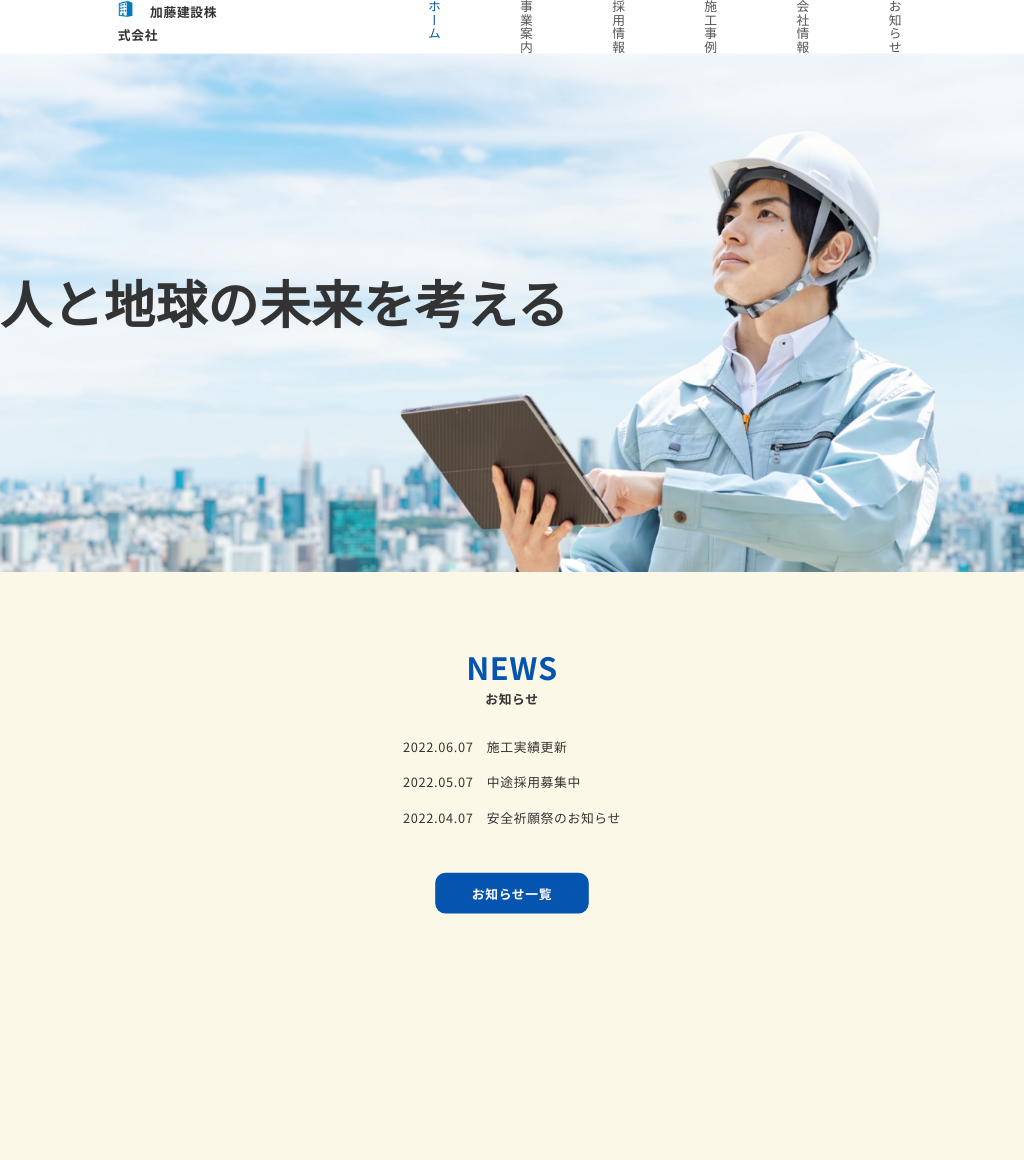
Repository: nozomi-23/hp1_test
Page: index.html
The author's editor kept a copy of each file at every save. The page is drawn from the files as they stood at one save, then again after a run of saves.
The browser window is 1280 px wide. The pictures show the whole page, at 80% of full size.

Above is the page before, as saved 2022-06-12 11:24:28.

### index.html
<!DOCTYPE html>
<html lang="ja">
<head>
<meta charset="UTF-8">
<title>加藤建設 株式会社</title>
<meta name="description" content="人と地球の未来を考える 加藤建設 株式会社">
<meta name="keywords" content="建築,土木,インフラ">
<meta name="viewport" content="width=device-width, initial-scale=1.0">
<meta property="og:title" content="建築依頼なら「加藤建設 株式会社」">
<meta property="og:type" content="article">
<meta property="og:url" content="https://withcode-plus.tech">
<meta property="og:image" content="img/logo.png">
<meta property="og:description" content="確かな技術力が自慢、インフラから地域貢献まで加藤建設にお任せ下さい">
<meta property="og:site_name" content="加藤建設 株式会社">
<link rel="icon" href="img/favicon.ico">
<link rel="apple-touch-icon" sizes="180x180" href="img/logo.png">
<link rel="preconnect" href="https://fonts.googleapis.com">
<link rel="preconnect" href="https://fonts.gstatic.com" crossorigin>
<link href="https://fonts.googleapis.com/css2?family=Noto+Sans+JP:wght@400;500;700&family=Noto+Serif+JP&display=swap"
  rel="stylesheet">
<link rel="stylesheet" type="text/css" href="css/reset.css">
<link rel="stylesheet" type="text/css" href="css/common1.css">
<link rel="stylesheet" type="text/css" href="css/index.css">
</head>
<body>
  <!-- =========header -->
  <header>
    <div class="header_wrapper">
      <div class="header_inner">
        <h1 class="header_left">加藤建設株式会社</h1>
        <nav class="header_right" >
          <ul class="header_list">
            <li><a href="#" class="color">ホーム</a></li>
            <li><a href="html/business.html">事業案内</a></li>
            <li><a href="html/recruit.html">採用情報</a></li>
            <li><a href="html/work.html">施工事例</a></li>
            <li><a href="html/company.html">会社情報</a></li>
            <li><a href="html/news.html">お知らせ</a></li>
          </ul>
        </nav>
      </div>
    </div>
  </header>
  <!-- =========main_view -->
  <main>
    <section class="main_wrapper">
      <div class="main_txt">
        <h3>人と地球の未来を考える</h3>
      </div>
    </section>
    <!-- =========news -->
    <section class="news section">
      <div class="news_wrapper">
        <h2 class="title">NEWS<br>
          <small>お知らせ</small></h2>
        <ul class="news_list">
          <li>2022.06.07&emsp;施工実績更新</li>
          <li>2022.05.07&emsp;中途採用募集中</li>
          <li>2022.04.07&emsp;安全祈願祭のお知らせ</li>
        </ul>
        <div class="btn">
          <a href="html/news.html">お知らせ一覧</a>
        </div>
      </div>
    </section>
    <!-- =========news -->
    <section class="business section">

    </section>
  </main>
</body>
</html>

### css/reset.css
@charset "UTF-8";

html,
body,
div,
span,
object,
iframe,
h1,
h2,
h3,
h4,
h5,
h6,
p,
blockquote,
pre,
abbr,
address,
cite,
code,
del,
dfn,
em,
img,
ins,
kbd,
q,
samp,
small,
strong,
sub,
sup,
var,
b,
i,
dl,
dt,
dd,
ol,
ul,
li,
fieldset,
form,
label,
legend,
table,
caption,
tbody,
tfoot,
thead,
tr,
th,
td,
article,
aside,
canvas,
details,
figcaption,
figure,
footer,
header,
hgroup,
menu,
nav,
section,
summary,
time,
mark,
audio,
video {
  margin: 0;
  padding: 0;
  border: 0;
  outline: 0;
  font-size: 100%;
  vertical-align: baseline;
  background: transparent;
}

body {
  line-height: 1;
}

article,
aside,
details,
figcaption,
figure,
footer,
header,
hgroup,
menu,
nav,
section {
  display: block;
}

nav ul {
  list-style: none;
}

blockquote,
q {
  quotes: none;
}

blockquote:before,
blockquote:after,
q:before,
q:after {
  content: '';
  content: none;
}

a {
  margin: 0;
  padding: 0;
  font-size: 100%;
  vertical-align: baseline;
  background: transparent;
}

/* change colours to suit your needs */
ins {
  background-color: #ff9;
  color: #000;
  text-decoration: none;
}

/* change colours to suit your needs */
mark {
  background-color: #ff9;
  color: #000;
  font-style: italic;
  font-weight: bold;
}

del {
  text-decoration: line-through;
}

abbr[title],
dfn[title] {
  border-bottom: 1px dotted;
  cursor: help;
}

table {
  border-collapse: collapse;
  border-spacing: 0;
}

/* change border colour to suit your needs */
hr {
  display: block;
  height: 1px;
  border: 0;
  border-top: 1px solid #cccccc;
  margin: 1em 0;
  padding: 0;
}

input,
select {
  vertical-align: middle;
}

### css/common1.css
@charset "UTF-8";

body {
  color: #333;
  letter-spacing: 0.05em;
  line-height: 1.8;
  font-family: 'Noto Sans JP', sans-serif ,'Noto Serif JP',
  serif;
}
li {
  list-style: none;
}

a {
  text-decoration: none;
}
.section {
  padding: 8% 0;
}


/* タイトル */
.title {
  color: #0554B0;
  font-weight: bold;
  font-size: 2.4rem;
  line-height: 0.8;
}
.news_wrapper small {
  font-size: 1rem;
  color: #333;
}
/* ボタン */
.btn {
  background-color: #0554B0;
  width: 15%;
  margin: 0 auto;
  line-height: 2;
  border-radius: 0.8rem;
}
.btn a {
  display: block;
  color: #fff;
  font-weight: bold;
  padding: 5%;
  text-align: center;
}
.btn:hover {
  opacity: 0.5;
}

### css/index.css
@charset "UTF-8";

/* =================
header
===================*/
.header_wrapper {
  display: flex;
  justify-content: center;
}
.header_inner {
  width: 77%;
  display: flex;
  justify-content: space-between;

}
.header_list {
  display: table;
}
.header_list li {
  display: table-cell;
  writing-mode: vertical-rl;
}
.header_list li a {
  color: #555;
}
.header_list li a:hover {
  opacity: 0.5;
}
.header_list li a.color {
  color: #0554B0;
}

.header_left::before {
  content: "";
  background: url(../img/name_icon.png) no-repeat ;
  background-size: contain;
  width: 30%;
  height: 30%;
  z-index: 1;
  display: inline-block;
}

/* =================
main_view
===================*/
.main_wrapper {
  background: url(../img/top_img.png)no-repeat center;
  background-size: cover;
  width: 100%;
  height: 90vh;
}
.main_txt {
  font-size: 4rem;
  font-weight: normal;
  font-family: 'Noto Serif JP';
  position: relative;
  top: 40%;
}
/* =================
news
===================*/
.section {
  background-color: #FCF8E8;
}
.news {
  text-align: center;
  display: block;
}

.news_list {
  padding: 3%;
  text-align: left;
  display: inline-block;

}
.news_list li {
  margin-bottom: 1rem;
}

After the next 3 saves:
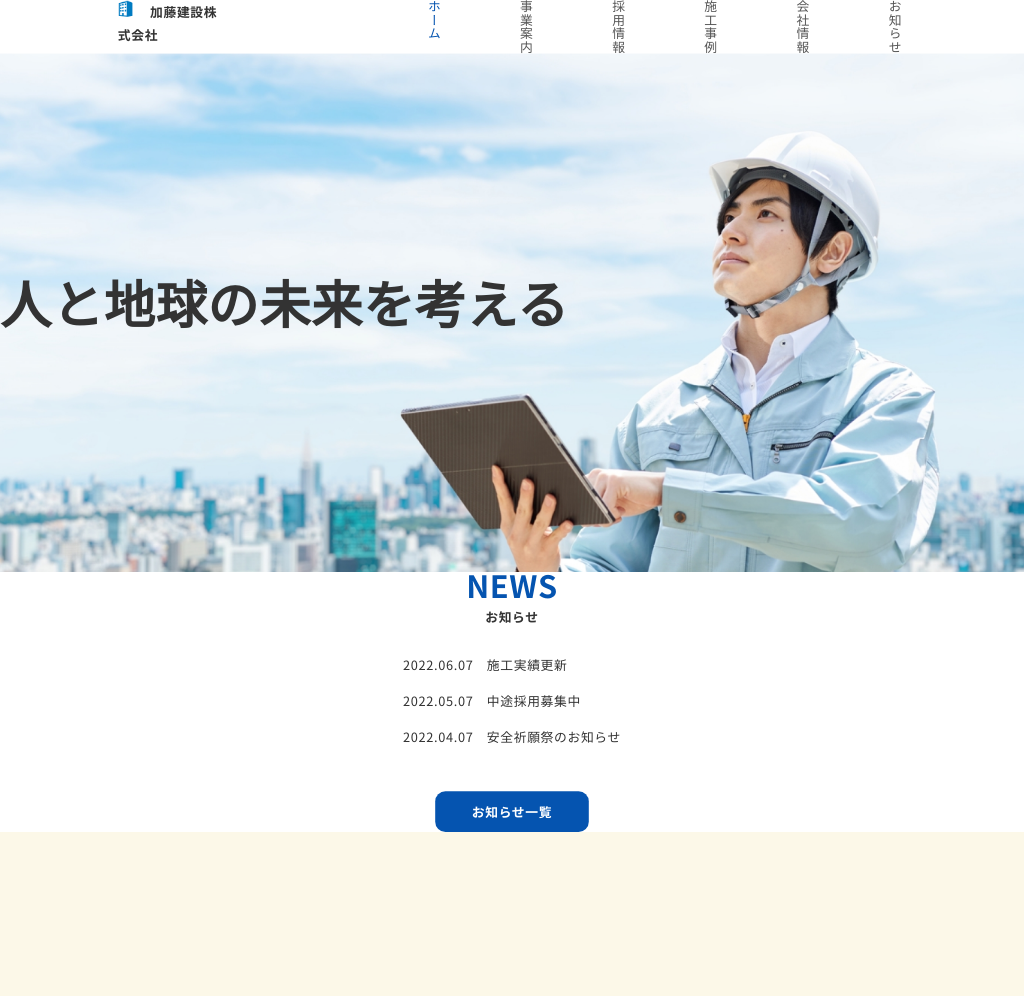
The 3 saves are shown as one change because they came seconds apart.
The last was saved 55 s later.
--- a/index.html
+++ b/index.html
@@ -49,7 +49,7 @@
       </div>
     </section>
     <!-- =========news -->
-    <section class="news section">
+    <section class="news section_colore">
       <div class="news_wrapper">
         <h2 class="title">NEWS<br>
           <small>お知らせ</small></h2>

After the 4 saves that followed:
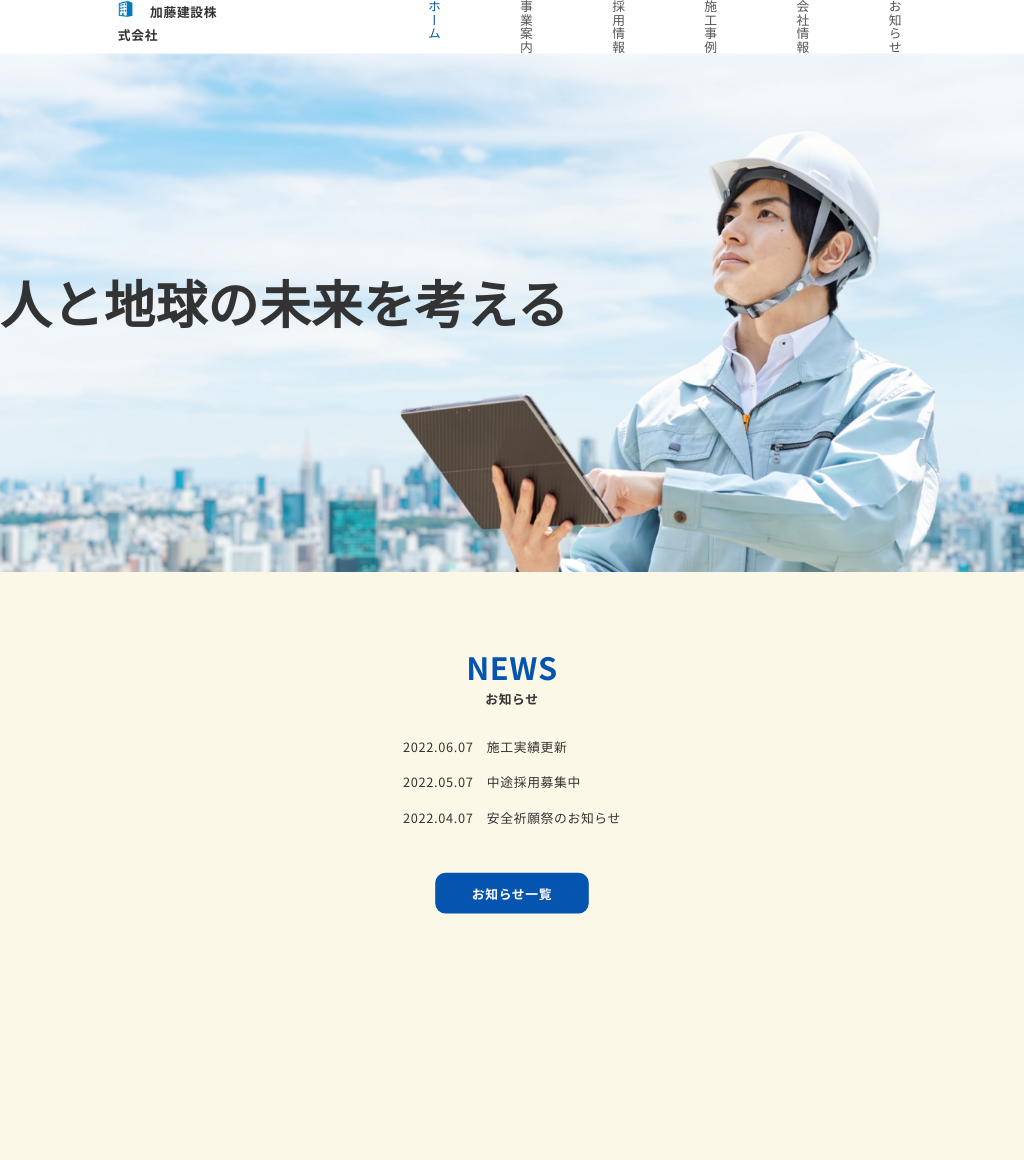
The 4 saves are shown as one change because they came seconds apart.
The last was saved 12 s later.
--- a/index.html
+++ b/index.html
@@ -49,7 +49,7 @@
       </div>
     </section>
     <!-- =========news -->
-    <section class="news section_colore">
+    <section class="news section section_color">
       <div class="news_wrapper">
         <h2 class="title">NEWS<br>
           <small>お知らせ</small></h2>
